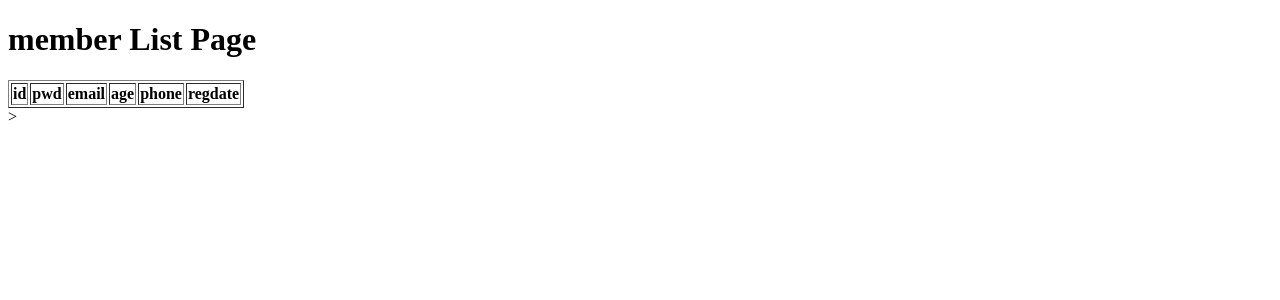
Repository: hwimi/2024-04-12-01
Page: http://localhost/jsp_study/member/list.jsp
An editor plug-in stored every save of this project. The page is shown before and after the next save, followed by the edit.
The browser window is 1280 px wide. The pictures show the whole page.
The page is served by Tomcat 9. Other server files are loaded and not shown.

Above is the page before, as saved 2024-04-15 06:50:57.

### jsp_study/src/main/webapp/member/list.jsp
<%@ page language="java" contentType="text/html; charset=UTF-8"
    pageEncoding="UTF-8"%>
<!DOCTYPE html>
<html>
<head>
<meta charset="UTF-8">
<title>Insert title here</title>
</head>
<body>
	<h1>member List Page</h1>

	<table border="1">
	<tr>
	<th>id</th>
	<th>pwd</th>
	<th>email</th>
	<th>age</th>
	<th>phone</th>
	<th>regdate</th>
	</tr>
	</table>>
</body>
</html>

After the next save:
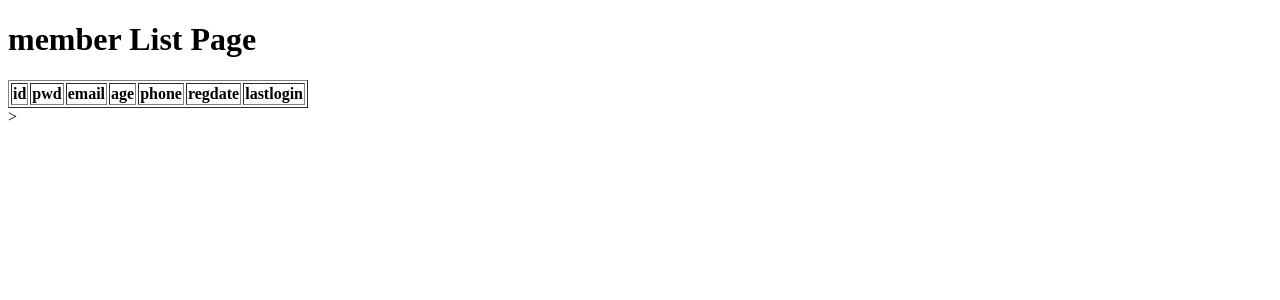
Saved 9 s later.
--- a/jsp_study/src/main/webapp/member/list.jsp
+++ b/jsp_study/src/main/webapp/member/list.jsp
@@ -17,6 +17,7 @@
 	<th>age</th>
 	<th>phone</th>
 	<th>regdate</th>
+	<th>lastlogin</th>
 	</tr>
 	</table>>
 </body>
